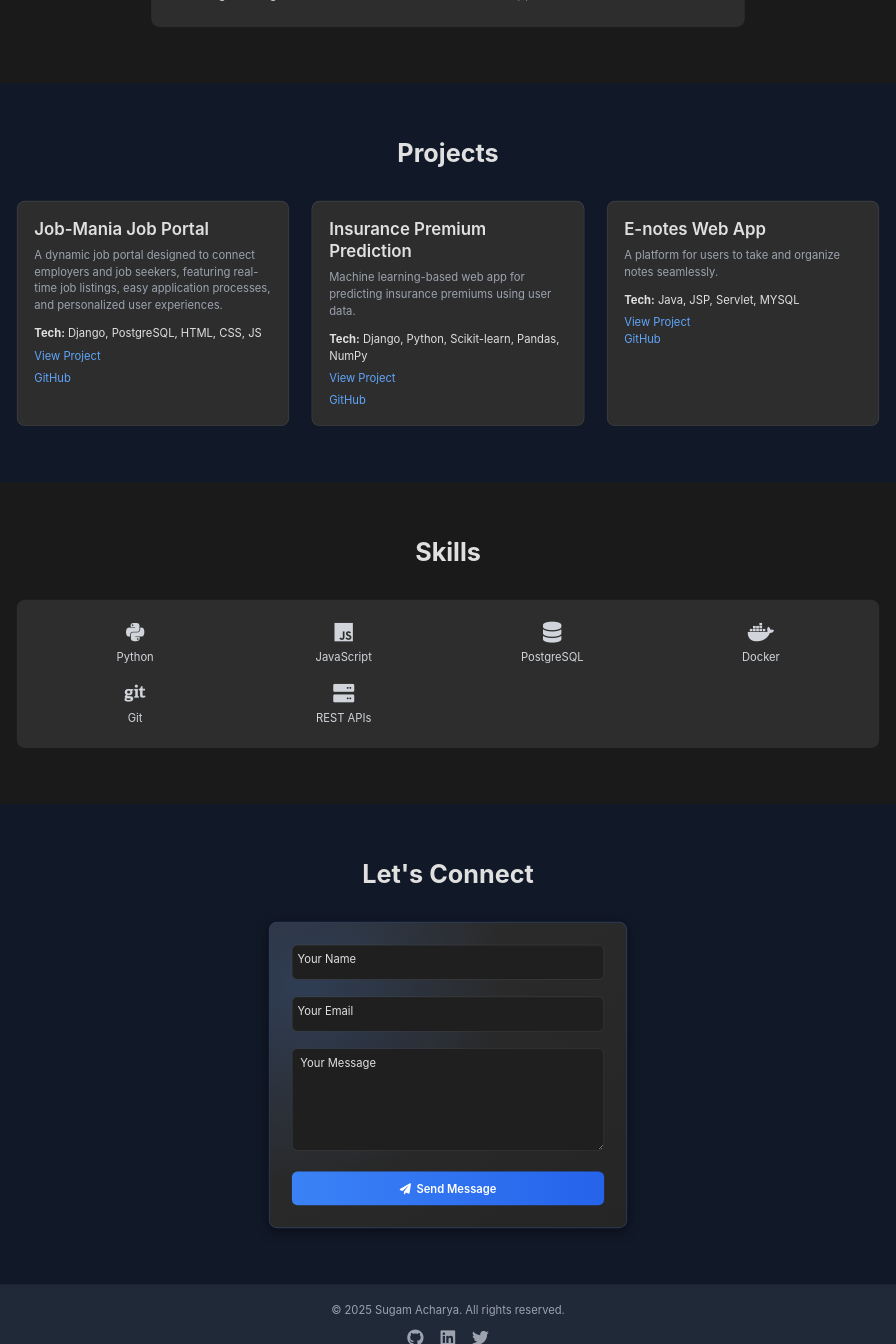
Repository: Sugaam0/Portfolio
Page: portfolio/home/templates/home/index.html
The author's editor kept a copy of each file at every save. The page is drawn from the files as they stood at one save, then again after the next save.
The browser window is 1280 px wide. The pictures show the part of the page from y = 964 to 2884 px (the page is 2914 px tall), at 70% of full size.
The template is drawn by Django 5.2. The application's start-up code is not run. Other server files are loaded and not shown. The template is opened directly, without the code that normally fills it, so the values that code supplies are empty.

Above is the page before, as saved 2025-05-08 17:51:39.

### portfolio/home/templates/home/index.html
{% load static %}
<!DOCTYPE html>
<html lang="en">
<head>
  <meta charset="UTF-8" />
  <meta name="viewport" content="width=device-width, initial-scale=1.0"/>
  <title>| Sugam Acharya |</title>
  <link href="https://cdn.jsdelivr.net/npm/tailwindcss@2.2.19/dist/tailwind.min.css" rel="stylesheet"/>
  <link rel="stylesheet" href="https://cdnjs.cloudflare.com/ajax/libs/font-awesome/6.0.0-beta3/css/all.min.css"/>
  <link rel="stylesheet" href="{% static 'css/style.css' %}">
</head>
<body class="antialiased scroll-smooth">

{% include 	"home/navbar.html" %}
<!-- Hero Section -->
<section id="home" class="min-h-screen flex items-center justify-center pt-20">
  <div class="container mx-auto px-6 text-center">
    <h1 class="text-5xl font-bold mb-4">Aspiring Full-Stack Developer</h1>
    <p class="text-lg text-accent mb-4">
      <span id="typed-text" class="font-semibold">Building the web one line at a time.</span>
    </p>
    <p class="text-xl text-secondary mb-6">
      Eager to build innovative digital experiences and grow through hands-on projects and collaboration.
    </p>
    <p class="text-md text-secondary mb-8">
      Recently completed training in modern web technologies including Python, JavaScript, and Java.
    </p>
    <a href="#projects" class="btn-accent px-6 py-3 rounded-lg font-semibold">Explore My Work</a>
  </div>
</section>

<!-- About Section -->
<section id="about" class="py-20">
  <div class="container mx-auto px-6 max-w-4xl">
    <h2 class="text-4xl font-bold text-center mb-10">About Me</h2>
    <div class="section-bg p-8">
      <p class="text-lg leading-relaxed text-gray-300">
        Passionate coder focused on building efficient web solutions. Skilled in Python and Machine Learning, I'm eager to turn creative ideas into functional applications.
      </p>
    </div>
  </div>
</section>

<!-- Projects -->
<section id="projects" class="py-20 bg-gray-900">
    <div class="container mx-auto px-6">
      <h2 class="text-4xl font-bold text-center mb-12">Projects</h2>
      <div class="grid grid-cols-1 sm:grid-cols-2 lg:grid-cols-3 gap-8">
        <!-- Project Cards -->
        <div class="project-card section-bg p-6">
          <h3 class="text-2xl font-semibold mb-2">Job-Mania Job Portal</h3>
          <p class="text-gray-400 mb-4">A dynamic job portal designed to connect employers and job seekers, featuring real-time job listings, easy application processes, and personalized user experiences.</p>
          <p><strong>Tech:</strong> Django, PostgreSQL, HTML, CSS, JS</p>
          <a href="#" class="text-blue-400 hover:underline mt-2 inline-block">View Project</a><br>
          <a href="https://github.com/Sugaam0/JobMania-JobPortal" class="text-blue-400 hover:underline mt-2 inline-block" target="_blank">GitHub</a>
        </div>
        <div class="project-card section-bg p-6">
          <h3 class="text-2xl font-semibold mb-2">Insurance Premium Prediction</h3>
          <p class="text-gray-400 mb-4">Machine learning-based web app for predicting insurance premiums using user data.</p>
          <p><strong>Tech:</strong> Django, Python, Scikit-learn, Pandas, NumPy</p>
          <a href="#" class="text-blue-400 hover:underline mt-2 inline-block">View Project</a><br>
          <a href="https://github.com/Sugaam0/insurance-Premium-Prediction" class="text-blue-400 hover:underline mt-2 inline-block" target="_blank">GitHub</a>

        </div>
        <div class="project-card section-bg p-6">
            <h3 class="text-2xl font-semibold mb-2">E-notes Web App</h3>
            <p class="text-gray-400 mb-4">A platform for users to take and organize notes seamlessly.</p>
            <p><strong>Tech:</strong> Java, JSP, Servlet, MYSQL</p>
            <div class="mt-2">
                <a href="#" class="text-blue-400 hover:underline inline-block mr-4">View Project</a><br>
                <a href="https://github.com/Sugaam0/ProjectFinal-Online-Notepad" class="text-blue-400 hover:underline inline-block" target="_blank">GitHub</a>
            </div>
        </div>
      </div>
    </div>
  </section>


<!-- Skills -->
<section id="skills" class="py-20">
  <div class="container mx-auto px-6">
    <h2 class="text-4xl font-bold text-center mb-12">Skills</h2>
    <div class="section-bg p-8 grid grid-cols-2 md:grid-cols-4 gap-6 text-center text-gray-300">
      <div><i class="fab fa-python text-3xl mb-2 icon-hover"></i><p>Python</p></div>
      <div><i class="fab fa-js text-3xl mb-2 icon-hover"></i><p>JavaScript</p></div>

      <div><i class="fas fa-database text-3xl mb-2 icon-hover"></i><p>PostgreSQL</p></div>

      <div><i class="fab fa-docker text-3xl mb-2 icon-hover"></i><p>Docker</p></div>
      <div><i class="fab fa-git text-3xl mb-2 icon-hover"></i><p>Git</p></div>
      <div><i class="fas fa-server text-3xl mb-2 icon-hover"></i><p>REST APIs</p></div>
    </div>
  </div>
</section>

<!-- Contact Section -->
<section id="contact" class="py-20 bg-gray-900">
  <div class="container mx-auto px-6">
    <h2 class="text-4xl font-bold text-center mb-12">Let's Connect</h2>
    <div class="contact-form p-8 max-w-lg mx-auto rounded-xl">
      <form action="{% url 'contact' %}" method="POST">
        {% csrf_token %}
        <div class="mb-6 relative">
          <input type="text" id="name" name="name" class="form-input w-full p-3 rounded-lg peer" placeholder=" " required>
          <label for="name" class="form-label absolute left-2 top-2 text-secondary">Your Name</label>
        </div>
        <div class="mb-6 relative">
          <input type="email" id="email" name="email" class="form-input w-full p-3 rounded-lg peer" placeholder=" " required>
          <label for="email" class="form-label absolute left-2 top-2 text-secondary">Your Email</label>
        </div>
        <div class="mb-6 relative">
          <textarea id="message" name="message" rows="5" class="form-input w-full p-3 rounded-lg peer" placeholder=" " required></textarea>
          <label for="message" class="form-label absolute left-3 top-2 text-secondary">Your Message</label>
        </div>
        <button type="submit" class="btn-accent w-full py-3 rounded-lg font-semibold flex items-center justify-center gap-2">
          <i class="fas fa-paper-plane"></i> Send Message
        </button>
      </form>
    </div>
  </div>
</section>

<!-- Footer -->
{% include "home/footer.html" %}
</body>
</html>

### portfolio/home/templates/home/navbar.html
<!-- Navbar -->
<nav class="navbar fixed top-0 w-full z-50">
    <div class="container mx-auto px-6 py-5 flex justify-between items-center">
      <a href="{% url 'index' %}" class="logo text-white">Sugam Acharya</a>
      <div class="space-x-6 text-sm font-medium">
        <a href="#about" class="nav-link">About</a>
        <a href="#projects" class="nav-link">Projects</a>
        <a href="#skills" class="nav-link">Skills</a>
        <a href="#contact" class="nav-link">Contact</a>
      </div>
    </div>
  </nav>

### portfolio/home/templates/home/footer.html
<footer class="bg-gray-800 py-6">
    <div class="container mx-auto px-6 text-center text-gray-400">
      <p>© 2025 Sugam Acharya. All rights reserved.</p>
      <div class="flex justify-center space-x-6 mt-4">
        <a href="https://github.com/Sugaam0" class="icon-hover" target="_blank"><i class="fab fa-github text-2xl"></i></a>
        <a href="https://www.linkedin.com/in/sugam-acharya-b1059a23b/" class="icon-hover" target="_blank"><i class="fab fa-linkedin text-2xl"></i></a>
        <a href="https://x.com/gaam_su" class="icon-hover" target="_blank"><i class="fab fa-twitter text-2xl"></i></a>
      </div>
    </div>
  </footer>

### portfolio/home/static/css/style.css
:root {
    --bg-primary: #1a1a1a;
    --bg-secondary: #2d2d2d;
    --text-primary: #e0e0e0;
    --text-secondary: #a0a0a0;
    --accent: #3b82f6;
    --accent-dark: #2563eb;
  }

  body {
    background-color: var(--bg-primary);
    color: var(--text-primary);
    font-family: 'Inter', sans-serif;
  }

  .navbar {
    background: linear-gradient(to bottom, var(--bg-secondary), rgba(45, 45, 45, 0.95));
    backdrop-filter: blur(8px);
    box-shadow: 0 2px 5px rgba(0, 0, 0, 0.3);
  }

  .nav-link {
    position: relative;
    padding-bottom: 0.25rem;
    transition: color 0.3s ease;
  }

  .nav-link::after {
    content: '';
    position: absolute;
    width: 0;
    height: 2px;
    bottom: 0;
    left: 0;
    background-color: var(--accent);
    transition: width 0.3s ease;
  }

  .nav-link:hover::after {
    width: 100%;
  }

  .nav-link:hover {
    color: var(--accent);
  }

  .logo {
    font-size: 1.75rem;
    font-weight: 800;
    letter-spacing: 0.05em;
    transition: transform 0.3s ease, color 0.3s ease;
  }

  .logo:hover {
    transform: scale(1.05);
    color: var(--accent);
  }

  .section-bg {
    background-color: var(--bg-secondary);
    border-radius: 0.75rem;
    transition: background-color 0.3s ease;
  }

  .section-bg:hover {
    background-color: #353535;
  }

  .btn-accent {
    background: linear-gradient(to right, var(--accent), var(--accent-dark));
    color: white;
    position: relative;
    overflow: hidden;
    transition: background 0.3s ease;
  }

  .btn-accent::before {
    content: '';
    position: absolute;
    top: 0;
    left: -100%;
    width: 100%;
    height: 100%;
    background: linear-gradient(90deg, transparent, rgba(255, 255, 255, 0.2), transparent);
    transition: 0.5s;
  }

  .btn-accent:hover::before {
    left: 100%;
  }

  .btn-accent:hover {
    background: linear-gradient(to right, var(--accent-dark), var(--accent));
  }

  .project-card {
    transition: transform 0.3s ease, box-shadow 0.3s ease, border-color 0.3s ease;
    border: 1px solid rgba(255, 255, 255, 0.1);
  }

  .project-card:hover {
    transform: translateY(-6px);
    box-shadow: 0 6px 25px rgba(0, 0, 0, 0.6);
    border-color: var(--accent);
  }

  .icon-hover {
    transition: transform 0.3s ease, color 0.3s ease;
  }

  .icon-hover:hover {
    transform: scale(1.2);
    color: var(--accent);
  }

  /* Enhanced Contact Form Styles */
      .contact-form {
          background: linear-gradient(145deg, var(--bg-secondary), #252525);
          border: 1px solid rgba(59, 130, 246, 0.3);
          box-shadow: 0 4px 15px rgba(0, 0, 0, 0.5);
          position: relative;
          overflow: hidden;
      }

      .contact-form::before {
          content: '';
          position: absolute;
          top: 0;
          left: 0;
          width: 100%;
          height: 100%;
          background: radial-gradient(circle at 10% 20%, rgba(59, 130, 246, 0.2) 0%, transparent 50%);
          pointer-events: none;
      }

      .form-input {
          background-color: #1f1f1f;
          border: 1px solid rgba(255, 255, 255, 0.1);
          transition: border-color 0.3s ease, box-shadow 0.3s ease;
      }

      .form-input:focus {
          border-color: var(--accent);
          box-shadow: 0 0 8px rgba(59, 130, 246, 0.3);
          outline: none;
      }

      .form-label {
          transition: color 0.3s ease;
      }

      .form-input:focus + .form-label,
      .form-input:not(:placeholder-shown) + .form-label {
          color: var(--accent);
          transform: translateY(-1.5rem);
          font-size: 0.8rem;
      }

      ::selection {
          background: var(--accent);
          color: white;
      }

After the next save:
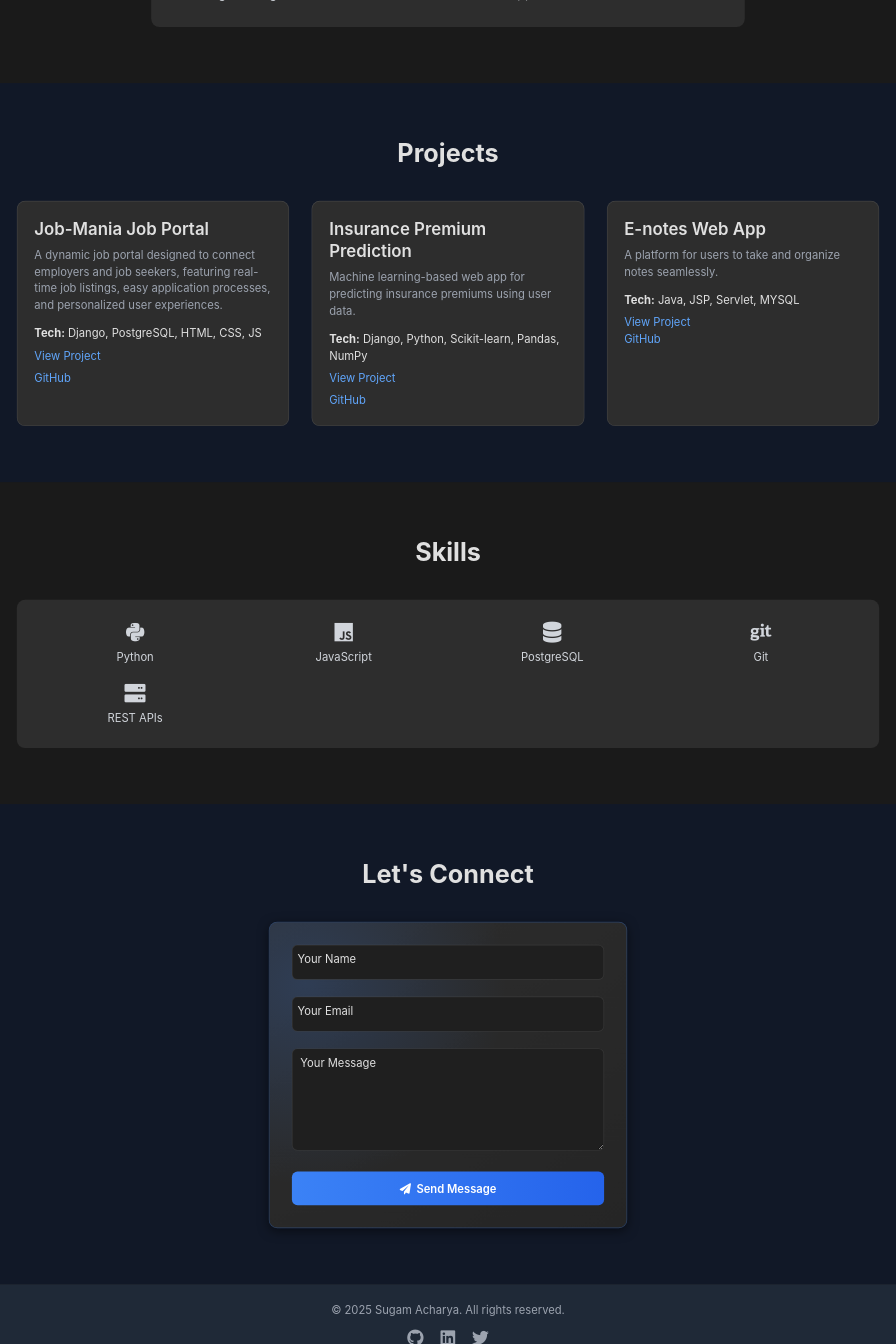
Saved 4 s later.
--- a/portfolio/home/templates/home/index.html
+++ b/portfolio/home/templates/home/index.html
@@ -86,7 +86,7 @@
 
       <div><i class="fas fa-database text-3xl mb-2 icon-hover"></i><p>PostgreSQL</p></div>
 
-      <div><i class="fab fa-docker text-3xl mb-2 icon-hover"></i><p>Docker</p></div>
+
       <div><i class="fab fa-git text-3xl mb-2 icon-hover"></i><p>Git</p></div>
       <div><i class="fas fa-server text-3xl mb-2 icon-hover"></i><p>REST APIs</p></div>
     </div>
